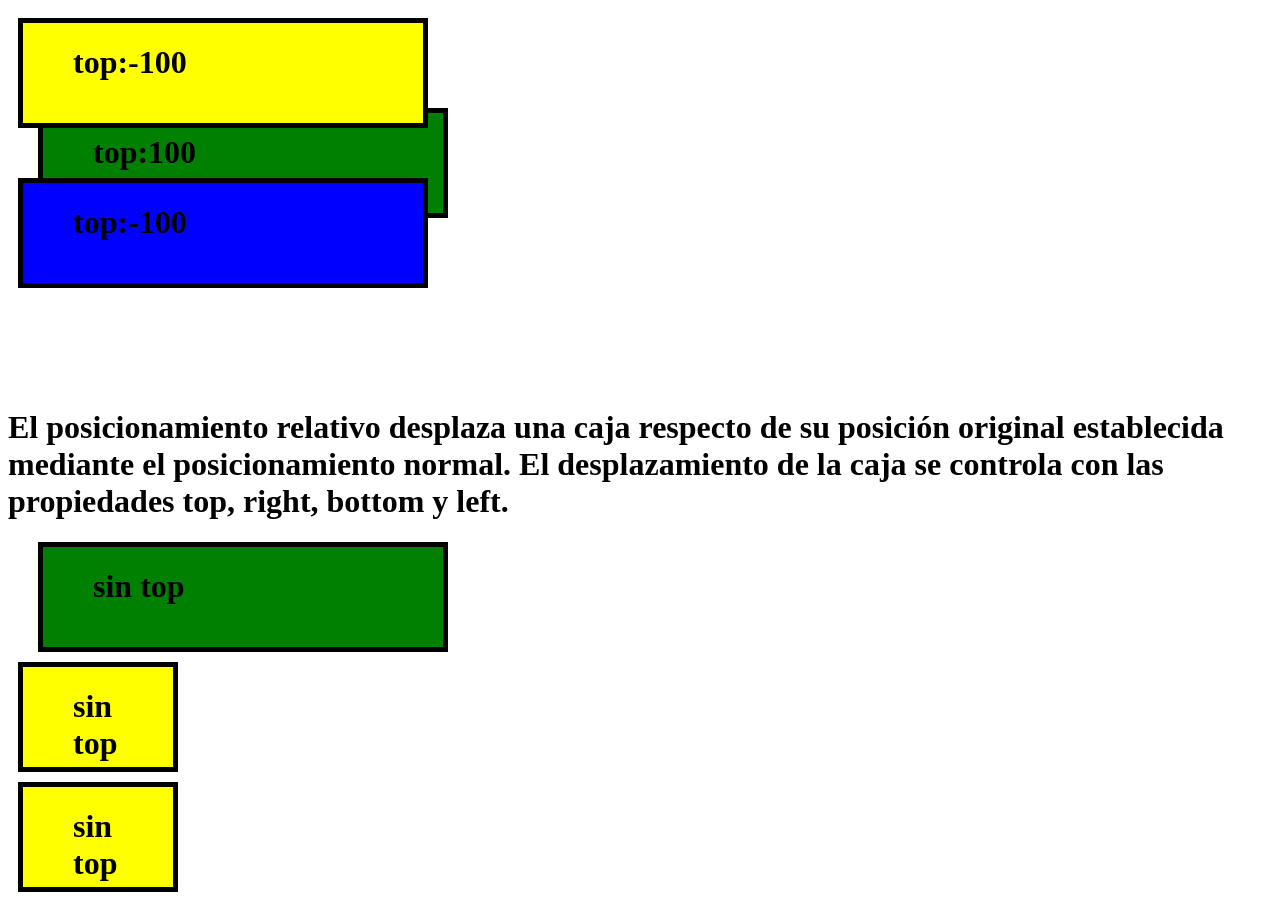
Repository: antonio63j/misNotas
Page: software/CSS/Demos/aptana_proyect/src/relativo.html
These files come from the project's save history. The page is drawn as it stood at one moment and after the next save; the edit follows.
The browser window is 1280 px wide. The pictures show the whole page.

Above is the page before, as saved 2017-04-23 17:17:28.

After the next save:
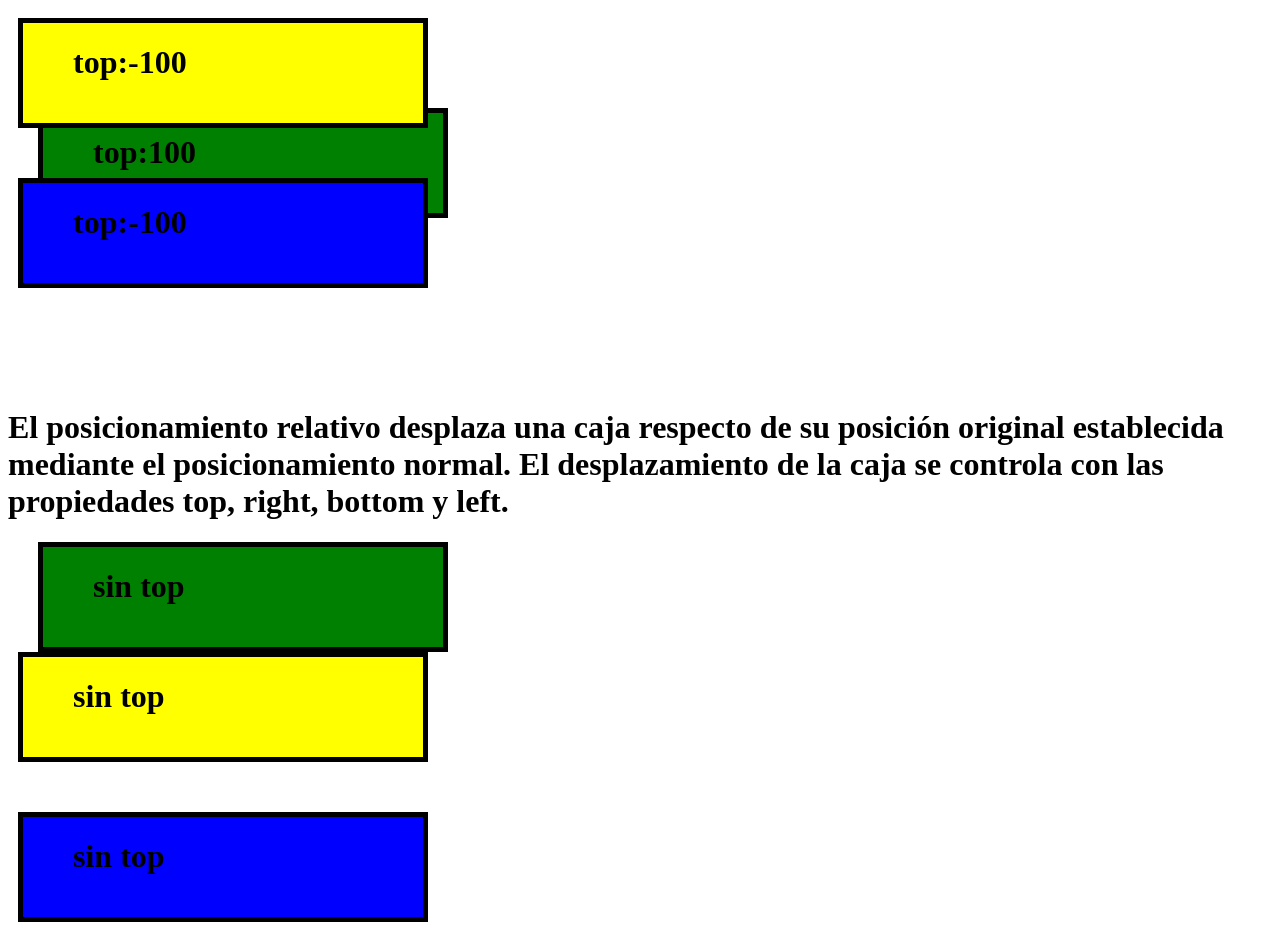
Saved 49 s later.
--- a/software/CSS/Demos/aptana_proyect/src/relativo.html
+++ b/software/CSS/Demos/aptana_proyect/src/relativo.html
@@ -48,6 +48,7 @@
 
 #caja11 {
   position:relative;
+
   left:20px;
   width: 300px;
   height:100px;
@@ -56,14 +57,28 @@
   margin-left:   10px;
   margin-right:  10px;
   border: 5px solid black;
-  margin-bottom:10px;
+  padding-top: 0px;
   background-color:green;
 }
 
 #caja22 {
   position:relative;
 
-  width: 50px;
+  width: 300px;
+  height:100px;
+  padding-left:  50px;
+  padding-right: 50px;
+  margin-left:   10px;
+  margin-right:  10px;
+  border: 5px solid black;
+  margin-bottom:50px;
+  background-color:yellow;
+}
+
+#caja33 {
+  position:relative;
+
+  width: 300px;
   height:100px;
   padding-left:  50px;
   padding-right: 50px;
@@ -71,21 +86,7 @@
   margin-right:  10px;
   border: 5px solid black;
   margin-bottom:10px;
-  background-color:yellow;
-}
-
-#caja33 {
-  position:relative;
-
-  width: 50px;
-  height:100px;
-  padding-left:  50px;
-  padding-right: 50px;
-  margin-left:   10px;
-  margin-right:  10px;
-  border: 5px solid black;
-  margin-bottom:10px;
-  background-color:yellow;
+  background-color: blue;
 }
 
 
